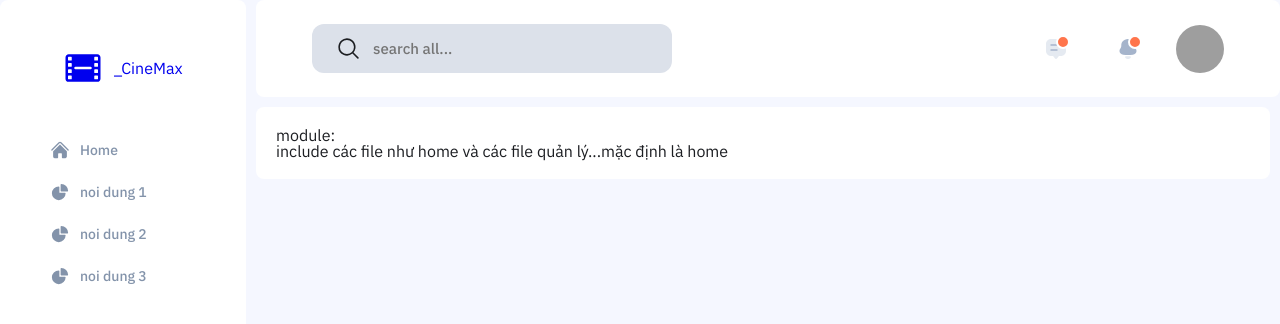
Repository: tdthinhtran961/DoAnCineMax
Page: http://localhost/admin/index.php?act=movies
These files come from the project's save history. The page is drawn as it stood at one moment and after the next save; the edit follows.
The browser window is 1280 px wide. The pictures show the whole page.
Pictures or frames that could not be fetched are drawn as grey boxes. The page is run by PHP 8.4 with error messages shown; the project is at /var/www/html/.

Above is the page before, as saved 2023-05-26 00:04:52.

### admin/index.php
<!DOCTYPE html>
<html lang="en">
<head>
    <meta charset="UTF-8">
    <meta http-equiv="X-UA-Compatible" content="IE=edge">
    <meta name="viewport" content="width=device-width, initial-scale=1.0">
    <title>Admin CineMax</title>

    <link rel="stylesheet" href="./index.css">

    <link rel="preconnect" href="https://fonts.googleapis.com">
    <link rel="preconnect" href="https://fonts.gstatic.com" crossorigin>
    <link href="https://fonts.googleapis.com/css2?family=IBM+Plex+Sans:wght@400;500;600;700&display=swap" rel="stylesheet">
</head>
<body>
    <div class="wrapper">
        <?php include "./view/layout/sidebar.php" ?>
        <main class="main">
            <?php include "./view/layout/topbar.php" ?>
            <div class="main-container">
                <h1>module:</h1>
                include các file như home và các file quản lý...mặc định là home
            </div>
        </main>
    </div>
</body>
</html>

### admin/view/layout/sidebar.php
<aside class="sidebar">
    <a href="#" class="logo">
        <svg xmlns="http://www.w3.org/2000/svg" viewBox="0 0 24 24" fill="currentColor" class="w-6 h-6 logo-icon">
            <path fill-rule="evenodd" d="M1.5 5.625c0-1.036.84-1.875 1.875-1.875h17.25c1.035 0 1.875.84 1.875 1.875v12.75c0 1.035-.84 1.875-1.875 1.875H3.375A1.875 1.875 0 011.5 18.375V5.625zm1.5 0v1.5c0 .207.168.375.375.375h1.5a.375.375 0 00.375-.375v-1.5a.375.375 0 00-.375-.375h-1.5A.375.375 0 003 5.625zm16.125-.375a.375.375 0 00-.375.375v1.5c0 .207.168.375.375.375h1.5A.375.375 0 0021 7.125v-1.5a.375.375 0 00-.375-.375h-1.5zM21 9.375A.375.375 0 0020.625 9h-1.5a.375.375 0 00-.375.375v1.5c0 .207.168.375.375.375h1.5a.375.375 0 00.375-.375v-1.5zm0 3.75a.375.375 0 00-.375-.375h-1.5a.375.375 0 00-.375.375v1.5c0 .207.168.375.375.375h1.5a.375.375 0 00.375-.375v-1.5zm0 3.75a.375.375 0 00-.375-.375h-1.5a.375.375 0 00-.375.375v1.5c0 .207.168.375.375.375h1.5a.375.375 0 00.375-.375v-1.5zM4.875 18.75a.375.375 0 00.375-.375v-1.5a.375.375 0 00-.375-.375h-1.5a.375.375 0 00-.375.375v1.5c0 .207.168.375.375.375h1.5zM3.375 15h1.5a.375.375 0 00.375-.375v-1.5a.375.375 0 00-.375-.375h-1.5a.375.375 0 00-.375.375v1.5c0 .207.168.375.375.375zm0-3.75h1.5a.375.375 0 00.375-.375v-1.5A.375.375 0 004.875 9h-1.5A.375.375 0 003 9.375v1.5c0 .207.168.375.375.375zm4.125 0a.75.75 0 000 1.5h9a.75.75 0 000-1.5h-9z" clip-rule="evenodd" />
        </svg>
        _CineMax
    </a>
    <ul class="menu">
        <li class="menu-item">
            <a href="#" class="menu-link">
                <svg xmlns="http://www.w3.org/2000/svg" viewBox="0 0 24 24" fill="currentColor" class="w-6 h-6 menu-icon">
                    <path d="M11.47 3.84a.75.75 0 011.06 0l8.69 8.69a.75.75 0 101.06-1.06l-8.689-8.69a2.25 2.25 0 00-3.182 0l-8.69 8.69a.75.75 0 001.061 1.06l8.69-8.69z" />
                    <path d="M12 5.432l8.159 8.159c.03.03.06.058.091.086v6.198c0 1.035-.84 1.875-1.875 1.875H15a.75.75 0 01-.75-.75v-4.5a.75.75 0 00-.75-.75h-3a.75.75 0 00-.75.75V21a.75.75 0 01-.75.75H5.625a1.875 1.875 0 01-1.875-1.875v-6.198a2.29 2.29 0 00.091-.086L12 5.43z" />
                </svg>
                <span class="menu-text">Home</span>
            </a>
        </li>
        <li class="menu-item">
            <a href="#" class="menu-link">
            <svg xmlns="http://www.w3.org/2000/svg" viewBox="0 0 24 24" fill="currentColor" class="w-6 h-6 menu-icon">
                <path fill-rule="evenodd" d="M2.25 13.5a8.25 8.25 0 018.25-8.25.75.75 0 01.75.75v6.75H18a.75.75 0 01.75.75 8.25 8.25 0 01-16.5 0z" clip-rule="evenodd" />
                <path fill-rule="evenodd" d="M12.75 3a.75.75 0 01.75-.75 8.25 8.25 0 018.25 8.25.75.75 0 01-.75.75h-7.5a.75.75 0 01-.75-.75V3z" clip-rule="evenodd" />
            </svg>
                <span class="menu-text">noi dung 1</span>
            </a>
        </li>
        <li class="menu-item">
            <a href="#" class="menu-link">
                <svg xmlns="http://www.w3.org/2000/svg" viewBox="0 0 24 24" fill="currentColor" class="w-6 h-6 menu-icon">
                    <path fill-rule="evenodd" d="M2.25 13.5a8.25 8.25 0 018.25-8.25.75.75 0 01.75.75v6.75H18a.75.75 0 01.75.75 8.25 8.25 0 01-16.5 0z" clip-rule="evenodd" />
                    <path fill-rule="evenodd" d="M12.75 3a.75.75 0 01.75-.75 8.25 8.25 0 018.25 8.25.75.75 0 01-.75.75h-7.5a.75.75 0 01-.75-.75V3z" clip-rule="evenodd" />
                </svg>
                <span class="menu-text">noi dung 2</span>
            </a>
        </li>
        <li class="menu-item">
            <a href="#" class="menu-link">
            <svg xmlns="http://www.w3.org/2000/svg" viewBox="0 0 24 24" fill="currentColor" class="w-6 h-6 menu-icon">
                <path fill-rule="evenodd" d="M2.25 13.5a8.25 8.25 0 018.25-8.25.75.75 0 01.75.75v6.75H18a.75.75 0 01.75.75 8.25 8.25 0 01-16.5 0z" clip-rule="evenodd" />
                <path fill-rule="evenodd" d="M12.75 3a.75.75 0 01.75-.75 8.25 8.25 0 018.25 8.25.75.75 0 01-.75.75h-7.5a.75.75 0 01-.75-.75V3z" clip-rule="evenodd" />
            </svg>
                <span class="menu-text">noi dung 3</span>
            </a>
        </li>
    </ul>
</aside>

### admin/view/layout/topbar.php
<div class="topbar">
    <div class="search">
        <svg xmlns="http://www.w3.org/2000/svg" viewBox="0 0 24 24" fill="currentColor" class="w-6 h-6 search-icon">
            <path fill-rule="evenodd" d="M10.5 3.75a6.75 6.75 0 100 13.5 6.75 6.75 0 000-13.5zM2.25 10.5a8.25 8.25 0 1114.59 5.28l4.69 4.69a.75.75 0 11-1.06 1.06l-4.69-4.69A8.25 8.25 0 012.25 10.5z" clip-rule="evenodd" />
        </svg>
        <input type="text" class="search-input" placeholder="search all...">
    </div>
    <div class="topbar-right">
        <svg class="icon-message topbar-action" width="48" height="48" viewBox="0 0 48 48" fill="none" xmlns="http://www.w3.org/2000/svg">
            <path d="M14 24.97V18.99C14 16.23 16.24 14 19 14H29C31.76 14 34 16.23 34 18.99V25.97C34 28.72 31.76 30.95 29 30.95H27.5C27.19 30.95 26.89 31.1 26.7 31.35L25.2 33.34C24.54 34.22 23.46 34.22 22.8 33.34L21.3 31.35C21.14 31.13 20.78 30.95 20.5 30.95H19C16.24 30.95 14 28.72 14 25.97V24.97Z" fill="#E5EAF1"/>
            <path d="M29 20.75H19C18.59 20.75 18.25 20.41 18.25 20C18.25 19.59 18.59 19.25 19 19.25H29C29.41 19.25 29.75 19.59 29.75 20C29.75 20.41 29.41 20.75 29 20.75Z" fill="#A5B4CB"/>
            <path d="M25 25.75H19C18.59 25.75 18.25 25.41 18.25 25C18.25 24.59 18.59 24.25 19 24.25H25C25.41 24.25 25.75 24.59 25.75 25C25.75 25.41 25.41 25.75 25 25.75Z" fill="#A5B4CB"/>
            <rect x="25" y="11" width="12" height="12" rx="6" fill="#FF754C"/>
            <rect x="25" y="11" width="12" height="12" rx="6" stroke="white" stroke-width="2"/>
        </svg>
        <svg class="icon-noti topbar-action" width="48" height="48" viewBox="0 0 48 48" fill="none" xmlns="http://www.w3.org/2000/svg">
            <path d="M31.7695 23.6453C31.039 22.7923 30.7071 22.0531 30.7071 20.7972V20.3701C30.7071 18.7335 30.3304 17.6791 29.5115 16.6246C28.2493 14.987 26.1244 14 24.0442 14H23.9558C21.9194 14 19.8611 14.9417 18.577 16.5128C17.7133 17.5884 17.2929 18.6882 17.2929 20.3701V20.7972C17.2929 22.0531 16.9828 22.7923 16.2305 23.6453C15.6769 24.2738 15.5 25.0815 15.5 25.9557C15.5 26.8309 15.7872 27.6598 16.3637 28.3336C17.116 29.1413 18.1785 29.6569 19.2638 29.7466C20.835 29.9258 22.4063 29.9933 24.0005 29.9933C25.5937 29.9933 27.165 29.8805 28.7372 29.7466C29.8215 29.6569 30.884 29.1413 31.6363 28.3336C32.2118 27.6598 32.5 26.8309 32.5 25.9557C32.5 25.0815 32.3231 24.2738 31.7695 23.6453Z" fill="#A5B4CB"/>
            <path d="M26.0087 31.2283C25.5088 31.1215 22.4626 31.1215 21.9627 31.2283C21.5353 31.327 21.0732 31.5566 21.0732 32.0602C21.098 32.5406 21.3793 32.9646 21.7689 33.2335L21.7679 33.2345C22.2718 33.6273 22.8631 33.877 23.4823 33.9667C23.8123 34.012 24.1482 34.01 24.4901 33.9667C25.1083 33.877 25.6996 33.6273 26.2035 33.2345L26.2025 33.2335C26.5921 32.9646 26.8734 32.5406 26.8982 32.0602C26.8982 31.5566 26.4361 31.327 26.0087 31.2283Z" fill="#E5EAF1"/>
            <rect x="25" y="11" width="12" height="12" rx="6" fill="#FF754C"/>
            <rect x="25" y="11" width="12" height="12" rx="6" stroke="white" stroke-width="2"/>
        </svg>
        <div class="profile">
            <img class="" src="https://images.unsplash.com/photo-1600486913747-55e5470d6f40?ixlib=rb-4.0.3&ixid=M3wxMjA3fDB8MHxzZWFyY2h8MTd8fG1hbnxlbnwwfHwwfHx8MA%3D%3D&auto=format&fit=crop&w=800&q=60" alt="">
        </div>
    </div>
</div>

### admin/index.css
/* start css reset */
*,
*:before,
*:after {
  box-sizing: border-box;
}
* {
  margin: 0;
  padding: 0;
  font: inherit;
}
img,
picture,
svg,
video {
  display: block;
  max-width: 100%;
}
input,
select,
textarea {
  background-color: transparent;
  outline: none;
}
button {
  cursor: pointer;
  background-color: transparent;
  outline: none;
  border: 0;
}
body {
  min-height: 100vh;
  font-weight: 400;
  font-size: 16px;
  line-height: 1;
}
a {
  text-decoration: none;
}
ul, ol {
  list-style-type: none;
}
/* end css reset */
body {
  font-family: "IBM Plex Sans", sans-serif;
  color: hsl(220, 10%, 12%);
  text-rendering: optimizeLegibility;
  -webkit-font-smoothing: antialiased;
  -moz-osx-font-smoothing: grayscale;
}
.wrapper {
  max-width: 1440px;
  margin: 0 auto;
  background-color: #F5F7FF;
  display: grid;
  grid-template-columns: 256px minmax(0, 1fr);
  min-height: 100vh;
}

/* start sidebar */
.sidebar {
  background-color: white;
  padding: 48px 30px;
  margin-right: 10px;
  border-radius: 8px;
  height: auto;
}
.logo {
  display: flex;
  align-items: center;
  justify-content: center;
  gap: 10px;
  margin-bottom: 44px;
}
.logo-icon {
  width: 40px;
  height: 40px;
}
.menu {
  display: flex;
  flex-direction: column;
  gap: 6px;
}
.menu-icon {
  width: 20px;
  height: 20px;
}
.menu-link {
  display: flex;
  align-items: center;
  gap: 10px;
  color: hsl(215, 19%, 59%);
  font-size: 14px;
  line-height: 143%;
  font-weight: 500;
  padding: 8px 30px 8px 20px;
  border-radius: 12px;
}
.menu-link:hover {
  background: linear-gradient(92.29deg, #415EF4 0.33%, #7141EF 28.14%);
  color: white;
}
/* end css sidebar */
/* start css topbar */
.topbar {
  padding: 24px 56px;
  background-color: white;
  display:flex;
  justify-content: space-between;
  align-items: center;
  margin: 0 0 10px;
  border-radius: 8px;
}
.search {
  padding: 12px 24px;
  border-radius: 12px;
  display: flex;
  align-items: center;
  gap: 12px;
  background-color: hsl(217, 24%, 89%);
  flex: 0 1 360px;
}
.search-icon {
  width: 25px;
  height: 25px;
}
.search-input {
  background-color: transparent;
  border: none;
  font-weight: 500;
  font-size: 15px;
  color: hsl(248, 57%, 60%);
  caret-color: hsl(248, 57%, 60%);
  flex: 1;
}
.topbar-right {
  display: flex;
  align-items: center;
  gap: 24px;
  flex-shrink: 0;
}
.topbar-action{
  flex-shrink: 0;
}
.profile {
  width: 48px;
  height: 48px;
  flex-shrink: 0;
}
.profile img {
  border-radius: 100rem;
  width: 100%;
  height: 100%;
  object-fit: cover;
  flex-shrink: 0;
}
/* end css topbar */
/* star css main-container */
.main-container {
  background-color: white;
  border-radius: 8px;
  padding: 20px;
  margin-right: 10px;
}

After the next save:
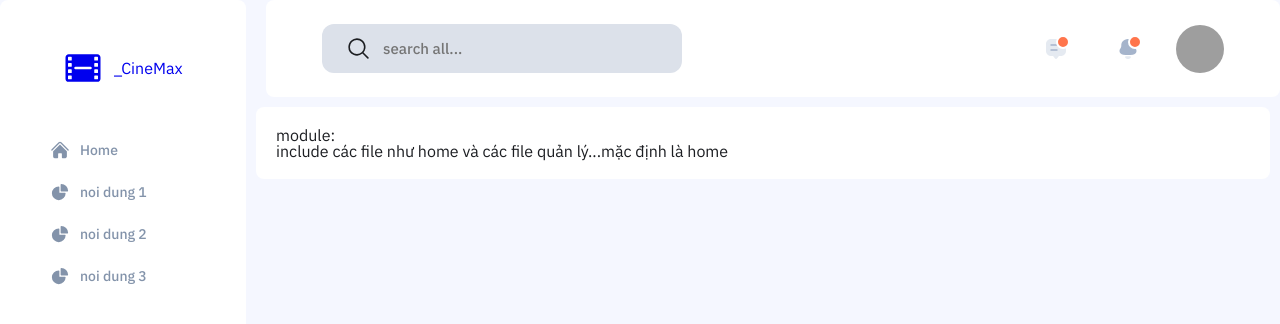
Saved 6 s later.
--- a/admin/index.css
+++ b/admin/index.css
@@ -108,7 +108,7 @@ body {
   display:flex;
   justify-content: space-between;
   align-items: center;
-  margin: 0 0 10px;
+  margin: 0 0 10px 10px;
   border-radius: 8px;
 }
 .search {
